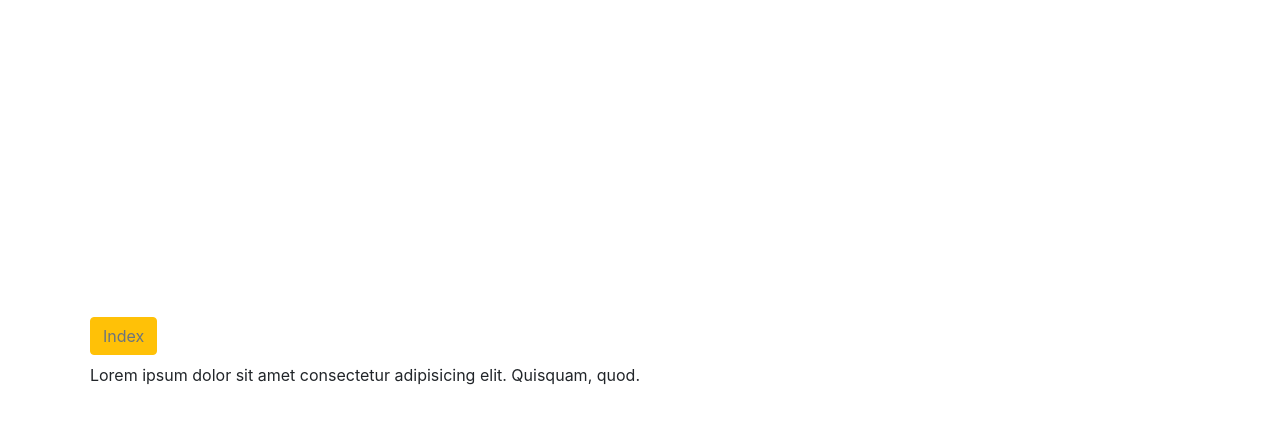
Repository: stancillous/package-yangu-logistics
Page: /
These files come from the project's save history. The page is drawn as it stood at one moment and after the next save; the edit follows.
The browser window is 1280 px wide. The pictures show the whole page.
The project was rebuilt for these pictures with package versions that can differ from the ones it lists, and the page was loaded fresh each time. Also part of the build but not shown: vite.config.ts.

Above is the page before, as saved 2025-01-31 11:02:21.

After the next save:
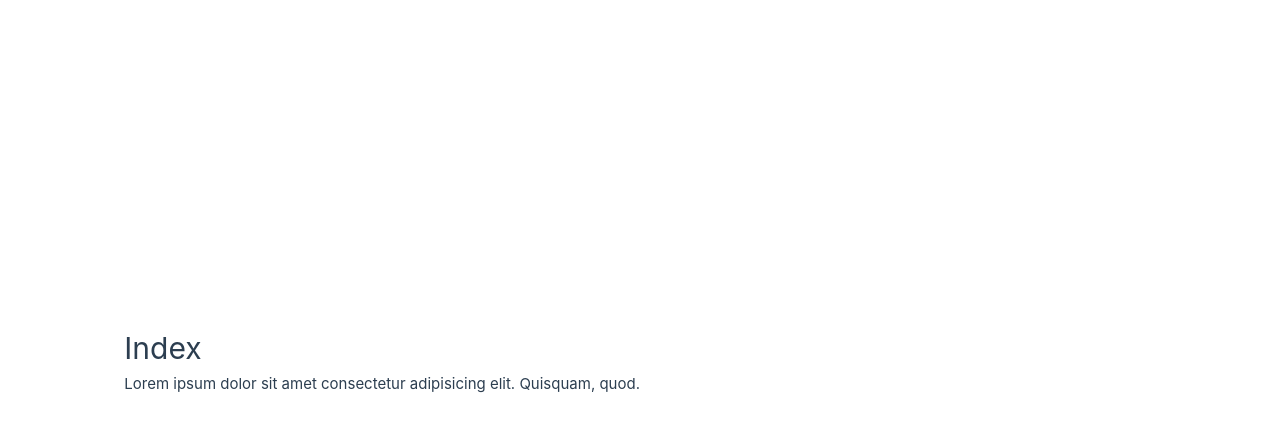
Saved 20 s later.
--- a/src/main.ts
+++ b/src/main.ts
@@ -6,8 +6,8 @@ import router from './router'
 
 import { BootstrapVue, BootstrapVueIcons } from 'bootstrap-vue'
 
-import 'bootstrap/dist/css/bootstrap.css'
-import 'bootstrap-vue/dist/bootstrap-vue.css'
+// import 'bootstrap/dist/css/bootstrap.css'
+// import 'bootstrap-vue/dist/bootstrap-vue.css'
 
 const app = createApp(App)
 
